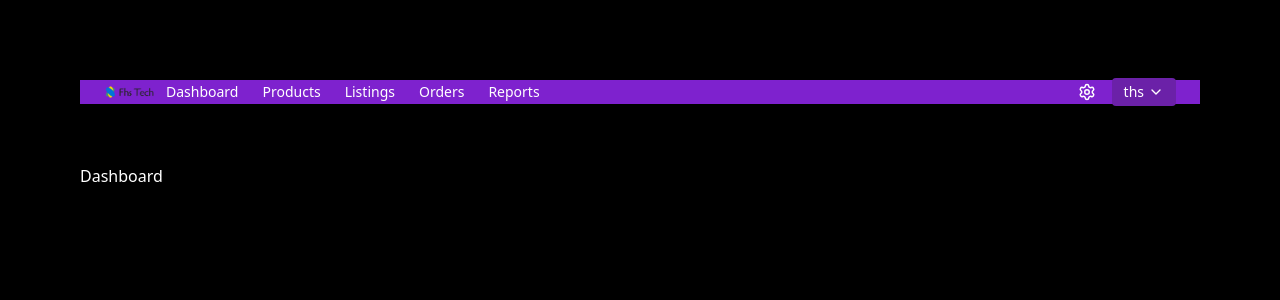
Repository: gofaiz23-dotcom/fhs_tech_frontend
Page: /
An editor plug-in stored every save of this project. The page is shown before and after the next save, followed by the edit.
The browser window is 1280 px wide. The pictures show the whole page.
The project was rebuilt for these pictures with package versions that can differ from the ones it lists, and the page was loaded fresh each time. The framework's server and built-in components were replaced by stand-ins that run in the browser. Also part of the build but not shown: next.config.ts.

Above is the page before, as saved 2025-09-30 18:15:13.

After the next save:
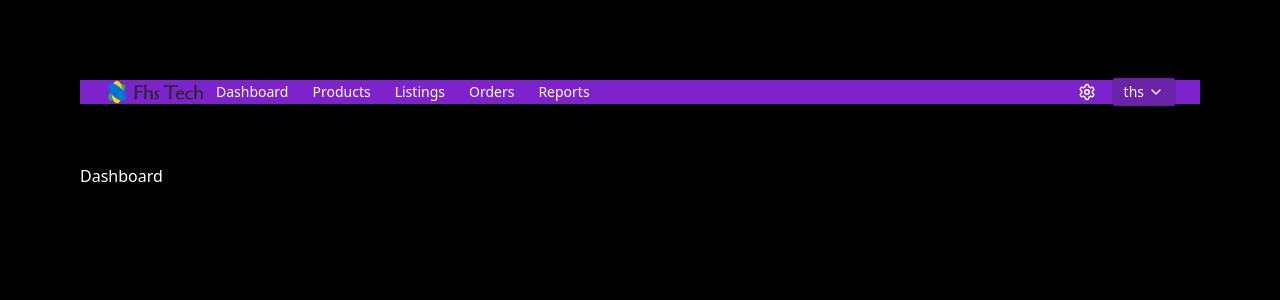
Saved 9 s later.
--- a/app/components/Navbar.tsx
+++ b/app/components/Navbar.tsx
@@ -15,7 +15,7 @@ export default function Navbar() {
       <div className="flex items-center space-x-3">
         <div className="tracking-wide">
             <a href="/">
-            <Image src="/fhs-tech-logo.png" alt='brand logo' width={50} height={50} ></Image></a>
+            <Image src="/fhs-tech-logo.png" alt='brand logo' width={100} height={100} ></Image></a>
         </div>
 
         <ul className="hidden md:flex space-x-6 ml-10 text-sm font-medium">
